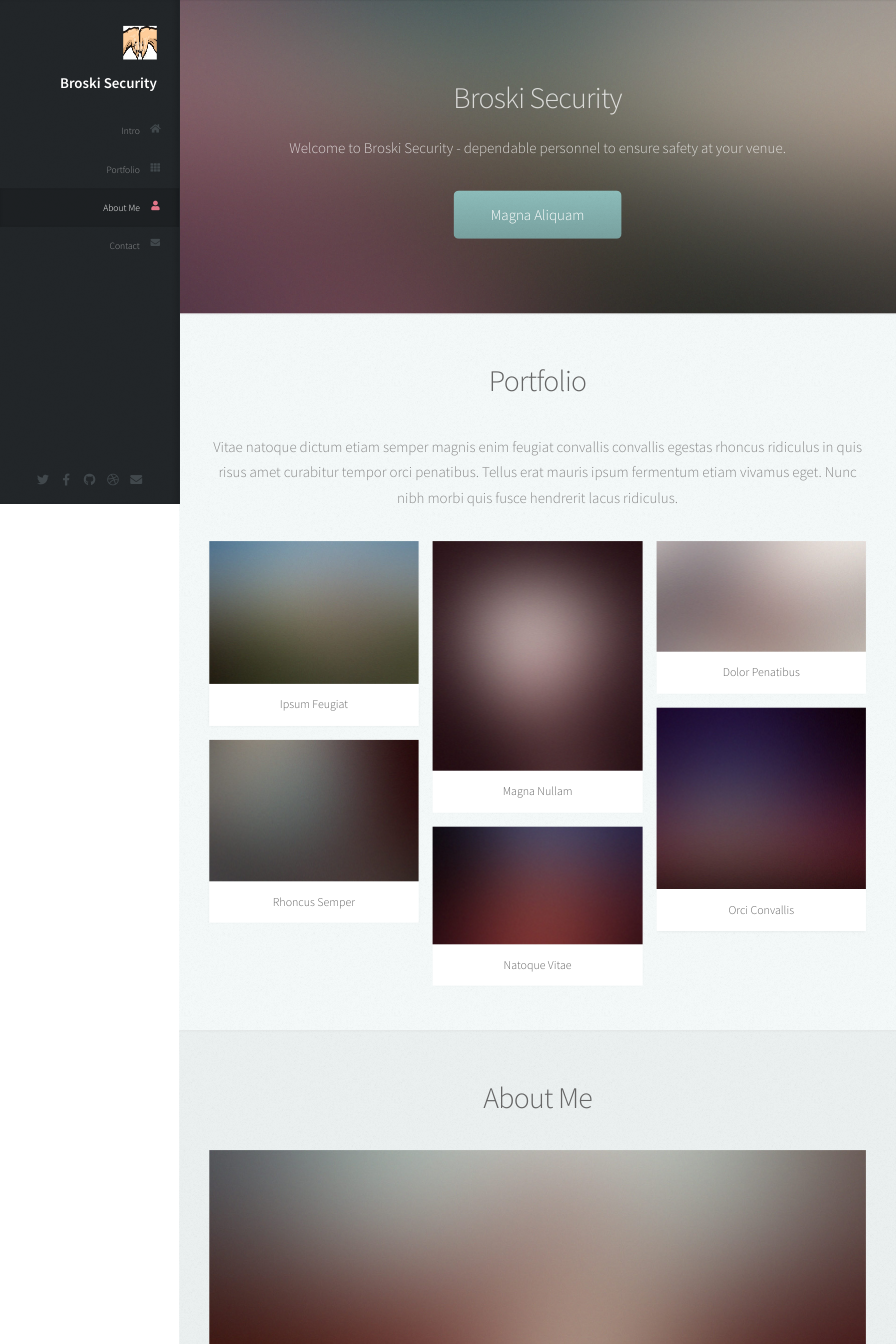
Repository: fiedore/fiedore.github.io
Page: index.html
An editor plug-in stored every save of this project. The page is shown before and after the next save, followed by the edit.
The browser window is 1280 px wide. The pictures show the part of the page from y = 0 to 1920 px (the page is 3239 px tall), at 70% of full size.

Above is the page before, as saved 2025-06-02 23:58:07.

After the next save:
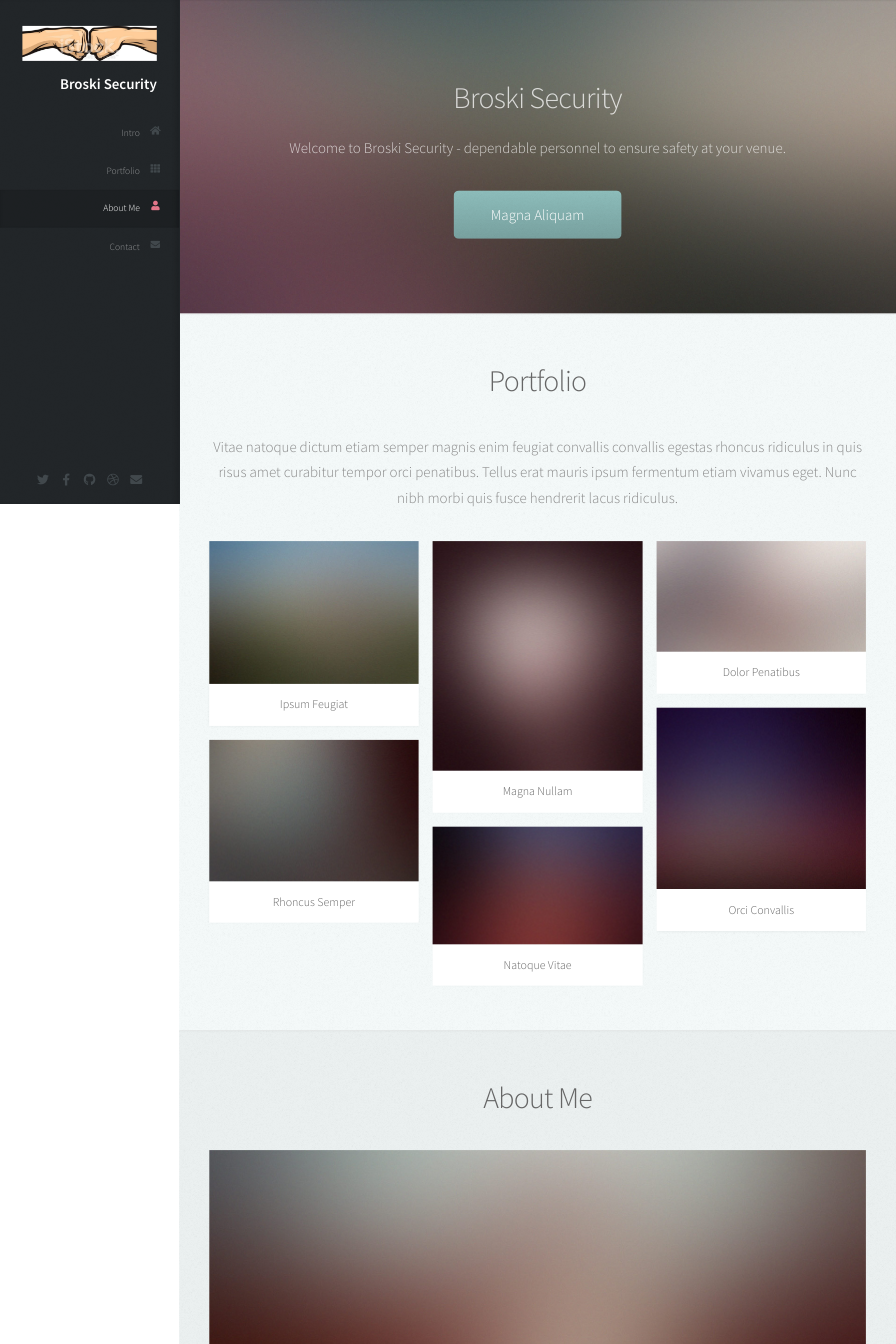
Saved 56 s later.
--- a/index.html
+++ b/index.html
@@ -20,7 +20,7 @@
 
 					<!-- Logo -->
 						<div id="logo">
-							<span class="image avatar48"><img src="images/broski_logo.jpg" alt="" /></span>
+							<span class="image"><img src="images/broski_logo.jpg" alt="" /></span>
 							<h1 id="title">Broski Security</h1>
 						</div>
 
